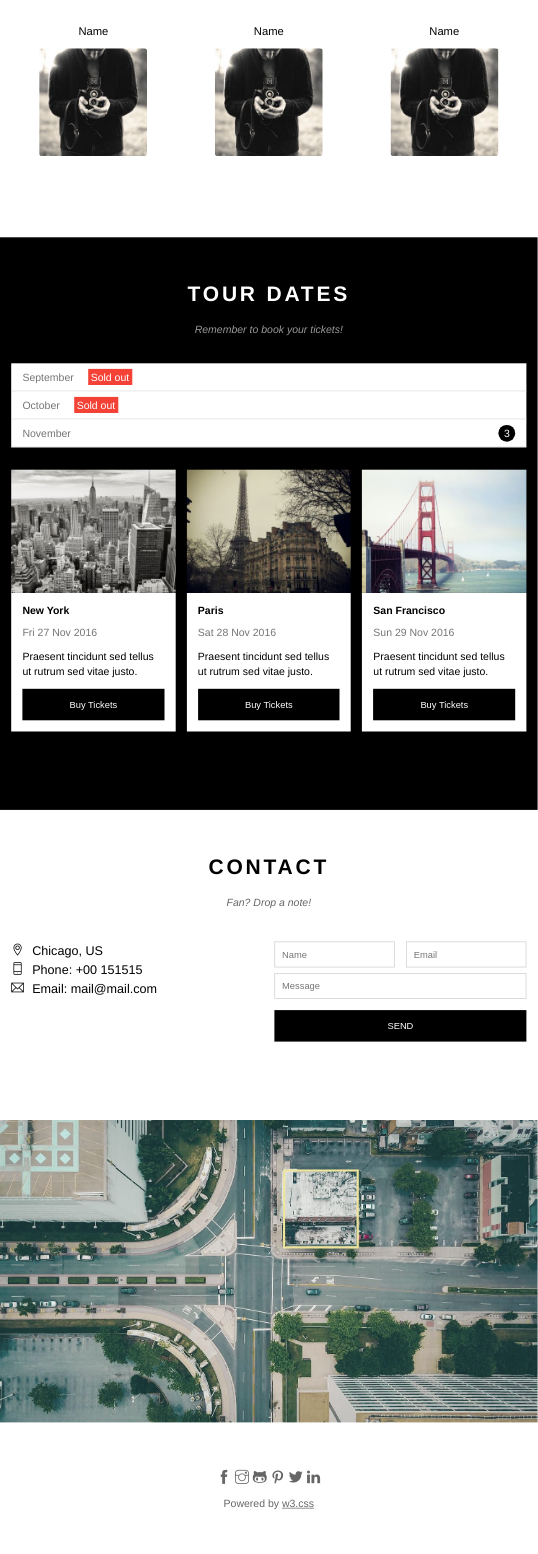
Repository: phongngotrong/w3school_reup
Page: index.html
An editor plug-in stored every save of this project. The page is shown before and after the next save, followed by the edit.
The browser window is 768 px wide. The pictures show the part of the page from y = 760 to 3000 px (the page is 2980 px tall before and 3000 px after), at 70% of full size.

Above is the page before, as saved 2022-02-15 23:13:03.

After the next save:
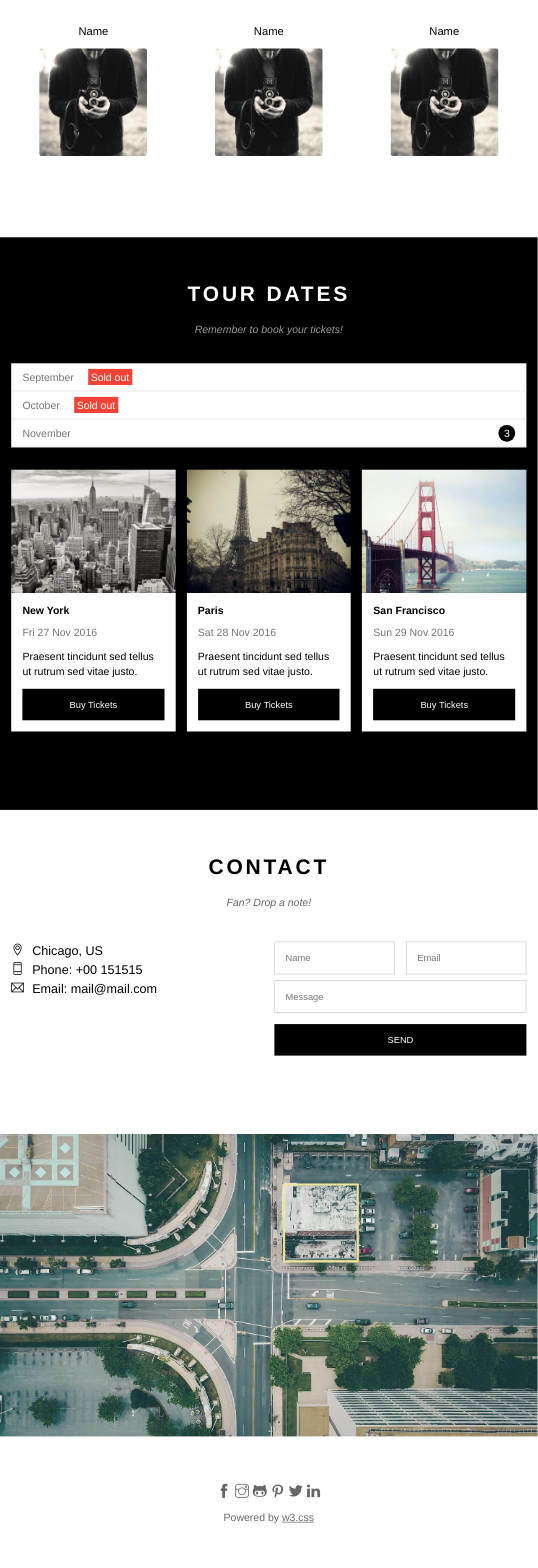
Saved 110 s later.
--- a/assets/css/responsive.css
+++ b/assets/css/responsive.css
@@ -14,6 +14,10 @@
 
   .btn {
     padding: 15px 16px;
+  }
+
+  .contact-form .form-control {
+    padding: 15px;
   }
 }
 
